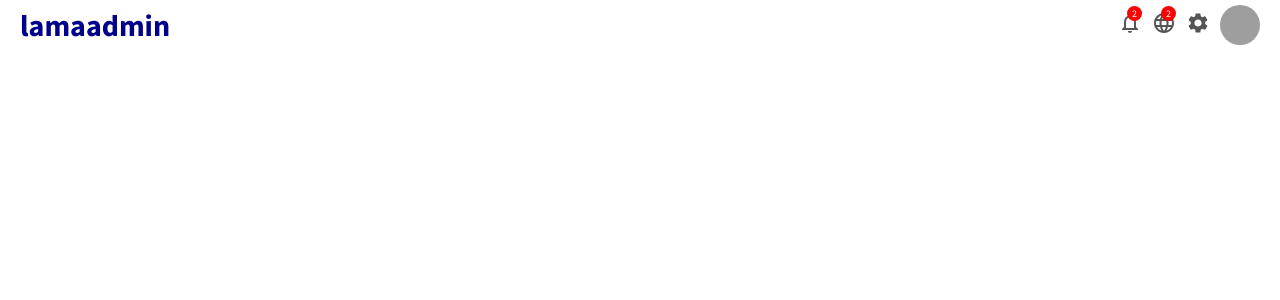
Repository: 109b28691/admin
Page: /users
An editor plug-in stored every save of this project. The page is shown before and after the next save, followed by the edit.
The browser window is 1280 px wide. The pictures show the whole page.
Pictures or frames that could not be fetched are drawn as grey boxes. The project was rebuilt for these pictures with package versions that can differ from the ones it lists, and the page was loaded fresh each time.

Above is the page before, as saved 2023-10-22 20:42:35.

### public/index.html
<!DOCTYPE html>
<html lang="en">

<head>
  <meta charset="utf-8" />
  <meta name="viewport" content="width=device-width, initial-scale=1" />
  <meta name="theme-color" content="#000000" />
  <meta name="description" content="Web site created using create-react-app" />
  <link href="https://fonts.googleapis.com/css2?family=Source+Sans+Pro:wght@200;300;400;600;700;900&display=swap"
    rel="stylesheet">
  <style>
    * {
      font-family: 'Source Sans Pro', sans-serif;
      margin: 0;
    }
  </style>
  <title>React App</title>
</head>

<body>
  <noscript>You need to enable JavaScript to run this app.</noscript>
  <div id="root"></div>
</body>

</html>

### src/App.js
import Topbar from "./components/topbar/Topbar";

function App() {
  return (
    <div>
      <Topbar />
    </div>
  );
}

export default App;

### src/components/topbar/Topbar.jsx
import React from 'react'
import "./topbar.css";
import { NotificationsNone, Language, Settings } from "@material-ui/icons";

export default function Topbar() {
  return (
    <div className="topbar">
      <div className="topbarWrapper">
        <div className="topLeft">
          <span className="logo">lamaadmin</span>
        </div>
        <div className="topRight">
          <div className="topbarIconContainer">
            <NotificationsNone />
            <span className="topIconBadge">2</span>
          </div>
          <div className="topbarIconContainer">
            <Language />
            <span className="topIconBadge">2</span>
          </div>
          <div className="topbarIconContainer">
            <Settings />
          </div>
          <img src="https://images.pexels.com/photos/1526814/pexels-photo-1526814.jpeg?auto=compress&cs=tinysrgb&dpr=2&w=500" alt="" className="topAvatar" />
        </div>
      </div>
    </div>
  );
}

### src/components/topbar/topbar.css
.topbar {
  width: 100%;
  height: 50px;
  background-color: white;
}

.topbarWrapper {
  height: 100%;
  padding: 0px 20px;
  display: flex;
  align-items: center;
  justify-content: space-between;
}

.logo {
  font-weight: bold;
  font-size: 30px;
  color: darkblue;
  cursor: pointer;
}

.topRight {
  display: flex;
  align-items: center;
}


.topbarIconContainer {
  position: relative;
  cursor: pointer;
  margin-right: 10px;
  color: #555;
}

.topIconBadge {
  width: 15px;
  height: 15px;
  position: absolute;
  top: -5px;
  right: 0px;
  background-color: red;
  color: white;
  border-radius: 50%;
  display: flex;
  align-items: center;
  justify-content: center;
  font-size: 10px;
}

.topAvatar {
  width: 40px;
  height: 40px;
  border-radius: 50%;
  cursor: pointer;
}

Loaded but not shown: src/index.js (common file)

After the next save:
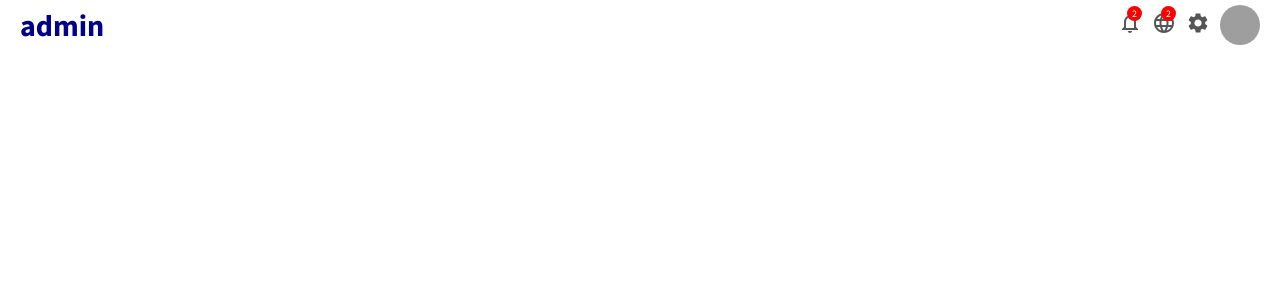
Saved 29 s later.
--- a/src/components/topbar/Topbar.jsx
+++ b/src/components/topbar/Topbar.jsx
@@ -7,7 +7,7 @@ export default function Topbar() {
     <div className="topbar">
       <div className="topbarWrapper">
         <div className="topLeft">
-          <span className="logo">lamaadmin</span>
+          <span className="logo">admin</span>
         </div>
         <div className="topRight">
           <div className="topbarIconContainer">
